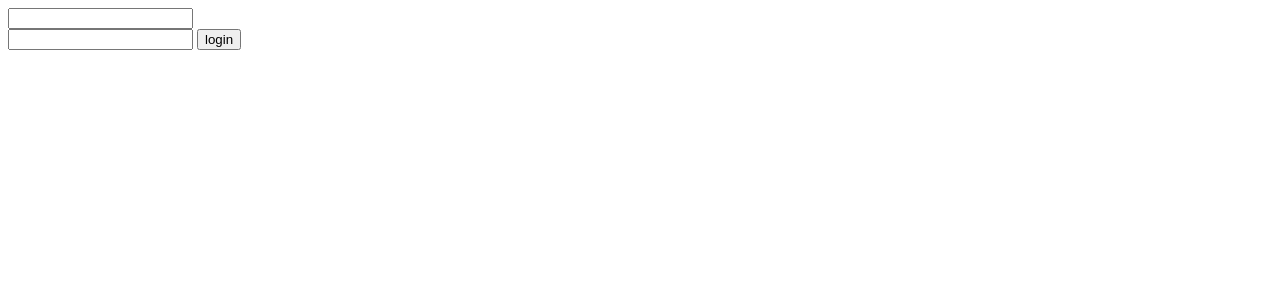
Repository: Aigio1064/FairyFox_Utility_codebase
Page: test.html
The author's editor kept a copy of each file at every save. The page is drawn from the files as they stood at one save, then again after the next save.
The browser window is 1280 px wide. The pictures show the whole page.

Above is the page before, as saved 2022-11-17 23:28:36.

### test.html
<!DOCTYPE html>
<html>
    <head>
        <title>TestPage</title>
    </head>
    <body>
        <input type="email"><br>
        <input type="password">
        <input type="button" value="login">
    </body>
</html>

After the next save:
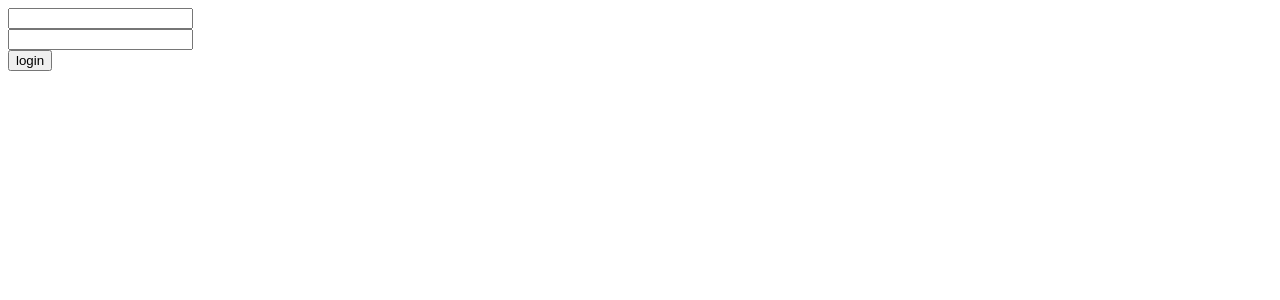
Saved 12 s later.
--- a/test.html
+++ b/test.html
@@ -5,7 +5,7 @@
     </head>
     <body>
         <input type="email"><br>
-        <input type="password">
+        <input type="password"><br>
         <input type="button" value="login">
     </body>
 </html>
